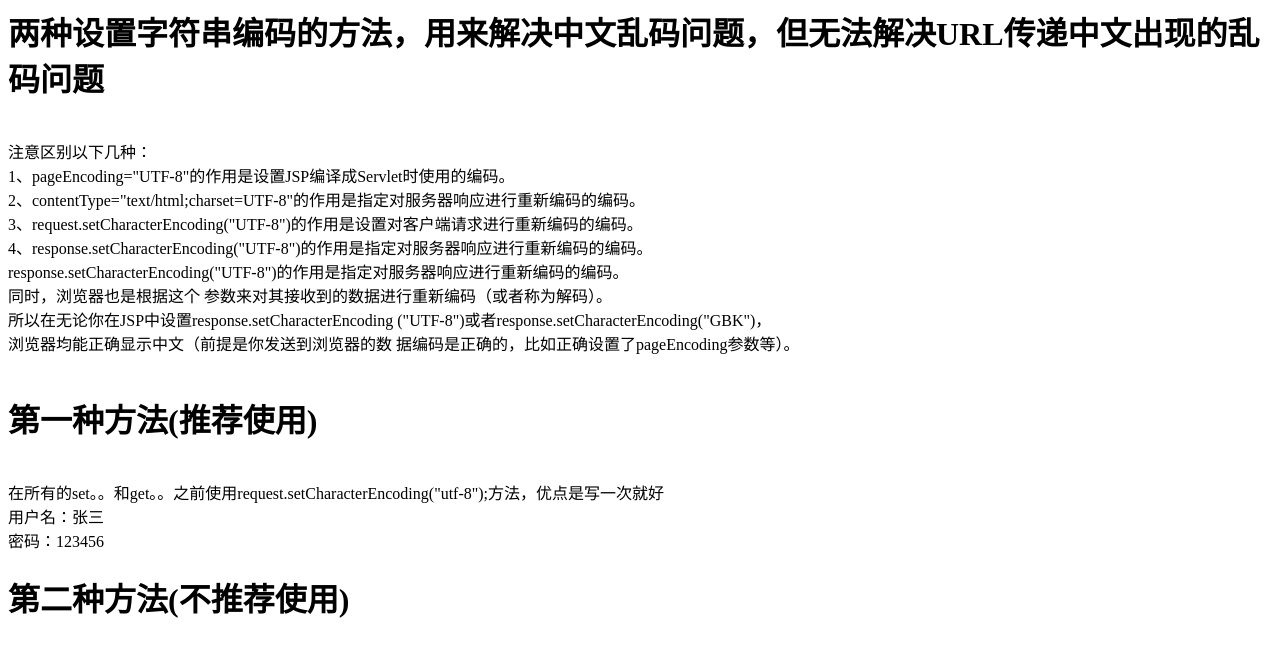
Repository: Fuhai-Chen/javaweb
Page: http://localhost/Chapter_4_example/setCEncoding.jsp
An editor plug-in stored every save of this project. The page is shown before and after the next save, followed by the edit.
The browser window is 1280 px wide. The pictures show the whole page.
The page is served by Tomcat 9.

Above is the page before, as saved 2020-09-23 08:27:59.

After the next save:
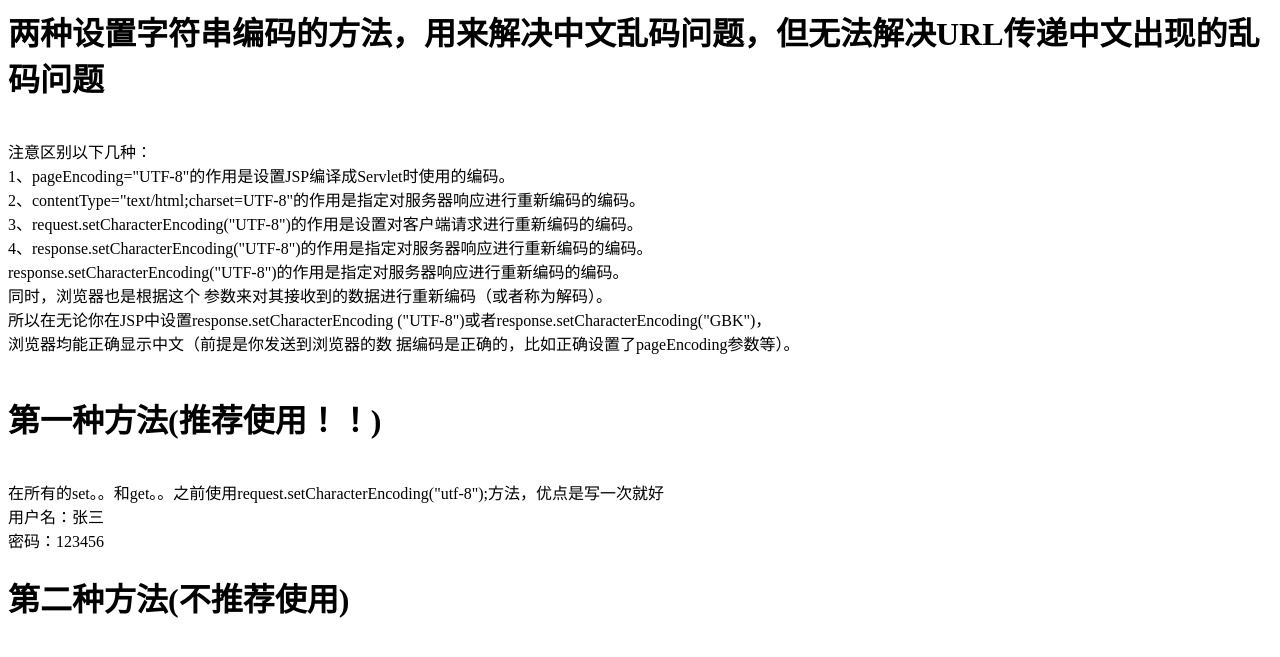
Saved 4 s later.
--- a/Chapter_4_example/WebRoot/setCEncoding.jsp
+++ b/Chapter_4_example/WebRoot/setCEncoding.jsp
@@ -34,7 +34,7 @@ response.setCharacterEncoding("UTF-8")的作用是指定对服务器响应进行
 所以在无论你在JSP中设置response.setCharacterEncoding ("UTF-8")或者response.setCharacterEncoding("GBK")，<br>
 浏览器均能正确显示中文（前提是你发送到浏览器的数 据编码是正确的，比如正确设置了pageEncoding参数等）。<br>
 <br>
-<h1>第一种方法(推荐使用)</h1><br>
+<h1>第一种方法(推荐使用！！)</h1><br>
 在所有的set。。和get。。之前使用request.setCharacterEncoding("utf-8");方法，优点是写一次就好<br>
 <%
 	request.setCharacterEncoding("UTF-8");
